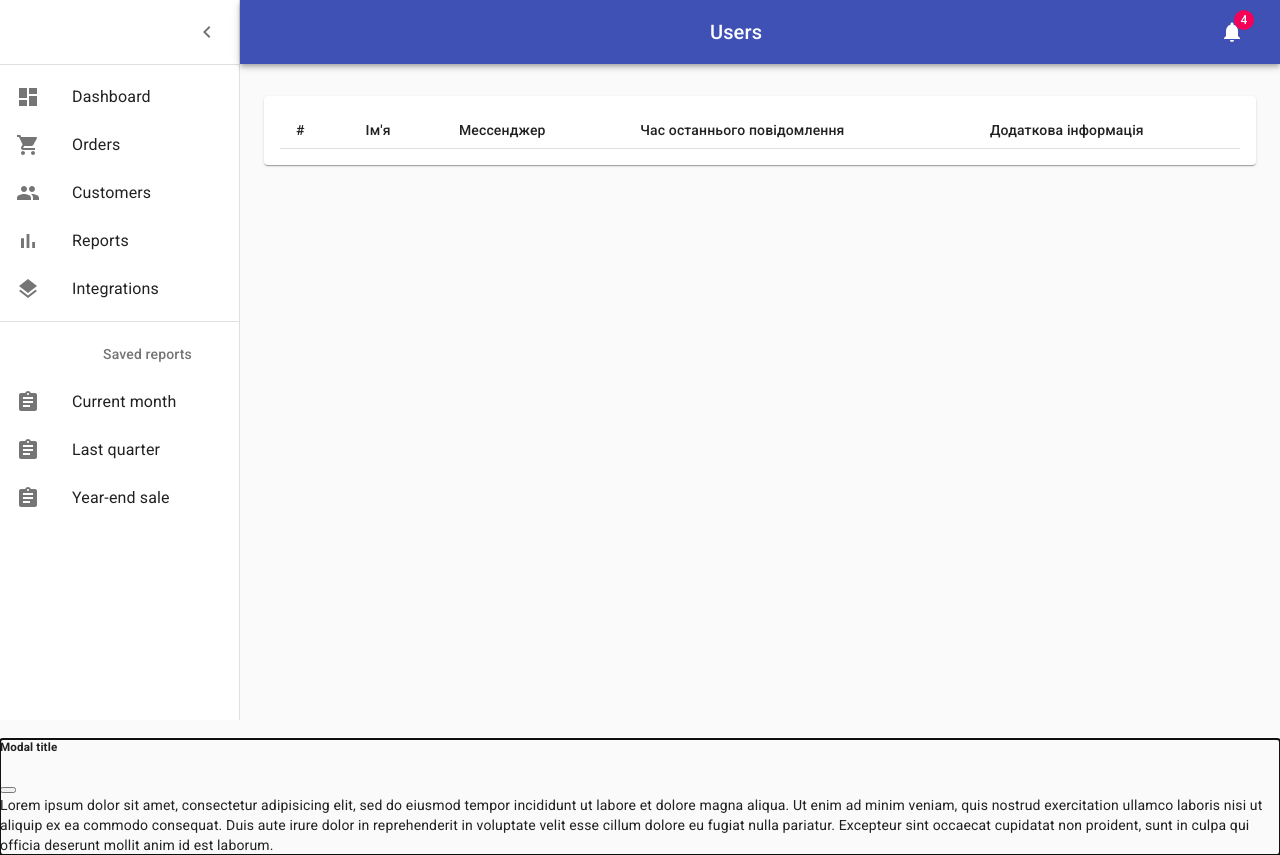
Repository: andbilous/users-task
Page: /
The author's editor kept a copy of each file at every save. The page is drawn from the files as they stood at one save, then again after a run of saves.
The browser window is 1280 px wide. The pictures show the whole page.
The page's requests for data from a server got no answer. The project was rebuilt for these pictures with package versions that can differ from the ones it lists, and the page was loaded fresh each time. No one was signed in, and anything a server would have sent is missing.

Above is the page before, as saved 2020-05-08 10:16:34.

### src/App.js
import React from 'react';
import './App.css';
import {Users} from './pages/Users';
import { Provider } from 'react-redux';
import { store } from './redux/store';

function App() {
  return (
    <Provider store={store}>
    <div className="App">
      <Users/>
    </div>
    </Provider>
  );
}

export default App;

### src/pages/Users.js
import React,{useEffect} from 'react';
import {connect} from 'react-redux';
import { makeStyles } from '@material-ui/core/styles';
import CssBaseline from '@material-ui/core/CssBaseline';
import Drawer from '@material-ui/core/Drawer';
import Box from '@material-ui/core/Box';
import Container from '@material-ui/core/Container';
import Grid from '@material-ui/core/Grid';
import Paper from '@material-ui/core/Paper';
import { mainListItems, secondaryListItems } from '../components/listItems';
import TableComponent from '../components/Table';
import Header from '../components/Header'
import Sidebar from '../components/Sidebar'
import {fetchUsers} from '../redux/users/user.actions';


const drawerWidth = 240;

const useStyles = makeStyles((theme) => ({
  root: {
    display: 'flex',
  },
  toolbar: {
    paddingRight: 24, // keep right padding when drawer closed
  },
  toolbarIcon: {
    display: 'flex',
    alignItems: 'center',
    justifyContent: 'flex-end',
    padding: '0 8px',
    ...theme.mixins.toolbar,
  },
  appBar: {
    zIndex: theme.zIndex.drawer + 1,
    transition: theme.transitions.create(['width', 'margin'], {
      easing: theme.transitions.easing.sharp,
      duration: theme.transitions.duration.leavingScreen,
    }),
  },
  appBarShift: {
    marginLeft: drawerWidth,
    width: `calc(100% - ${drawerWidth}px)`,
    transition: theme.transitions.create(['width', 'margin'], {
      easing: theme.transitions.easing.sharp,
      duration: theme.transitions.duration.enteringScreen,
    }),
  },
  menuButton: {
    marginRight: 36,
  },
  menuButtonHidden: {
    display: 'none',
  },
  title: {
    flexGrow: 1,
  },
  drawerPaper: {
    position: 'relative',
    whiteSpace: 'nowrap',
    width: drawerWidth,
    transition: theme.transitions.create('width', {
      easing: theme.transitions.easing.sharp,
      duration: theme.transitions.duration.enteringScreen,
    }),
  },
  drawerPaperClose: {
    overflowX: 'hidden',
    transition: theme.transitions.create('width', {
      easing: theme.transitions.easing.sharp,
      duration: theme.transitions.duration.leavingScreen,
    }),
    width: theme.spacing(7),
    [theme.breakpoints.up('sm')]: {
      width: theme.spacing(9),
    },
  },
  appBarSpacer: theme.mixins.toolbar,
  content: {
    flexGrow: 1,
    height: '100vh',
    overflow: 'auto',
  },
  container: {
    paddingTop: theme.spacing(4),
    paddingBottom: theme.spacing(4),
  },
  paper: {
    padding: theme.spacing(2),
    display: 'flex',
    overflow: 'auto',
    flexDirection: 'column',
  },
  fixedHeight: {
    height: 240,
  },
}));

const Users = (props)=> {
    useEffect(async ()=>{
    props.fetchUsers();
  },[])
  const classes = useStyles();
  const [open, setOpen] = React.useState(true);
  const handleDrawerOpen = () => {
    setOpen(true);
  };
  const handleDrawerClose = () => {
    setOpen(false);
  };

  return (
    <div className={classes.root}>
      <CssBaseline />
      <Header
      classes={classes}
      open={open}
      handleDrawerOpen={handleDrawerOpen}
      />
      <Sidebar
      classes={classes}
      open={open}
      handleDrawerClose={handleDrawerClose}
      />
      <main className={classes.content}>
        <div className={classes.appBarSpacer} />
        <Container maxWidth="lg" className={classes.container}>
          <Grid container spacing={3}>
            <Grid item xs={12}>
              <Paper className={classes.paper}>
                <TableComponent
                users={props.users}
                />
              </Paper>
            </Grid>
          </Grid>
          <Box pt={4}>
          </Box>
        </Container>
      </main>
    </div>
  );
}
const UsersContainer = connect(
  (state) => ({
      users: state.usersReducer.users
  }), (dispatch) => ({
    fetchUsers: () => dispatch(fetchUsers()),

  })
)(Users);

export {UsersContainer as Users} ;

### src/redux/store.js
import { applyMiddleware, createStore } from 'redux';
import logger from 'redux-logger';
import thunk from 'redux-thunk';

import { rootReducer } from './rootReducer';

const middleware = [thunk, logger];

export const store = createStore(rootReducer, applyMiddleware(...middleware));

### src/components/listItems.js
import React from 'react';
import ListItem from '@material-ui/core/ListItem';
import ListItemIcon from '@material-ui/core/ListItemIcon';
import ListItemText from '@material-ui/core/ListItemText';
import ListSubheader from '@material-ui/core/ListSubheader';
import DashboardIcon from '@material-ui/icons/Dashboard';
import ShoppingCartIcon from '@material-ui/icons/ShoppingCart';
import PeopleIcon from '@material-ui/icons/People';
import BarChartIcon from '@material-ui/icons/BarChart';
import LayersIcon from '@material-ui/icons/Layers';
import AssignmentIcon from '@material-ui/icons/Assignment';

export const mainListItems = (
  <div>
    <ListItem button>
      <ListItemIcon>
        <DashboardIcon />
      </ListItemIcon>
      <ListItemText primary="Dashboard" />
    </ListItem>
    <ListItem button>
      <ListItemIcon>
        <ShoppingCartIcon />
      </ListItemIcon>
      <ListItemText primary="Orders" />
    </ListItem>
    <ListItem button>
      <ListItemIcon>
        <PeopleIcon />
      </ListItemIcon>
      <ListItemText primary="Customers" />
    </ListItem>
    <ListItem button>
      <ListItemIcon>
        <BarChartIcon />
      </ListItemIcon>
      <ListItemText primary="Reports" />
    </ListItem>
    <ListItem button>
      <ListItemIcon>
        <LayersIcon />
      </ListItemIcon>
      <ListItemText primary="Integrations" />
    </ListItem>
  </div>
);

export const secondaryListItems = (
  <div>
    <ListSubheader inset>Saved reports</ListSubheader>
    <ListItem button>
      <ListItemIcon>
        <AssignmentIcon />
      </ListItemIcon>
      <ListItemText primary="Current month" />
    </ListItem>
    <ListItem button>
      <ListItemIcon>
        <AssignmentIcon />
      </ListItemIcon>
      <ListItemText primary="Last quarter" />
    </ListItem>
    <ListItem button>
      <ListItemIcon>
        <AssignmentIcon />
      </ListItemIcon>
      <ListItemText primary="Year-end sale" />
    </ListItem>
  </div>
);

### src/components/Table.js
import React,{useState} from 'react';
import { makeStyles } from '@material-ui/core/styles';
import Table from '@material-ui/core/Table';
import TableBody from '@material-ui/core/TableBody';
import TableCell from '@material-ui/core/TableCell';
import TableHead from '@material-ui/core/TableHead';
import TableRow from '@material-ui/core/TableRow';
import {Button} from 'reactstrap'
import ModalComponent from '../components/Modal'
// import ModalComponent from './Modal';
import moment from 'moment';


const useStyles = makeStyles((theme) => ({
  seeMore: {
    marginTop: theme.spacing(3),
  },
}));

const getTime=(time)=>{
  return moment(time).format('YYYY-MM-DD, HH:mm:ss')
}

const handleClick=(id)=>{
  console.log(id)
}

export default function TableComponent({users,currentUserData}) {
  const [open, setOpen] = useState(true)
  const toggle = () => setOpen(!open);

  return (
    <React.Fragment>
      <Table size="small">
        <TableHead>
        <ModalComponent open={open} toggle={toggle}/>
          <TableRow>
            <TableCell>#</TableCell>
            <TableCell>Ім'я</TableCell>
            <TableCell>Мессенджер</TableCell>
            <TableCell>Час останнього повідомлення</TableCell>
            <TableCell>Додаткова інформація</TableCell>
          </TableRow>
        </TableHead>
        <TableBody>
          {users.map((row,index) => (
            <TableRow key={index}>
              <TableCell>{index+1}</TableCell>
              <TableCell>{row.name}</TableCell>
              <TableCell>{row.from}</TableCell>
              <TableCell>{getTime(row.lastMessageTime)}</TableCell>
              <TableCell>
                <Button color="primary"
              onClick={()=>{handleClick(row.id)}}
              >Заказ</Button>
              </TableCell>
            </TableRow>
          ))}
        </TableBody>
      </Table>

    </React.Fragment>
  );
}

### src/components/Header.js
import React from 'react';
import clsx from 'clsx';
import AppBar from '@material-ui/core/AppBar';
import Toolbar from '@material-ui/core/Toolbar';
import Typography from '@material-ui/core/Typography';
import IconButton from '@material-ui/core/IconButton';
import Badge from '@material-ui/core/Badge';
import MenuIcon from '@material-ui/icons/Menu';
import NotificationsIcon from '@material-ui/icons/Notifications';
import { mainListItems, secondaryListItems } from '../components/listItems';
import TableComponent from '../components/Table';



 const Header = ({classes,open,handleDrawerOpen}) => {
  return (
    <AppBar position="absolute" className={clsx(classes.appBar, open && classes.appBarShift)}>
        <Toolbar className={classes.toolbar}>
          <IconButton
            edge="start"
            color="inherit"
            aria-label="open drawer"
            onClick={handleDrawerOpen}
            className={clsx(classes.menuButton, open && classes.menuButtonHidden)}
          >
            <MenuIcon />
          </IconButton>
          <Typography component="h1" variant="h6" color="inherit" noWrap className={classes.title}>
            Users
          </Typography>
          <IconButton color="inherit">
            <Badge badgeContent={4} color="secondary">
              <NotificationsIcon />
            </Badge>
          </IconButton>
        </Toolbar>
      </AppBar>
  )
}

export default Header;

### src/components/Sidebar.js
import React from 'react';
import {connect} from 'react-redux';
import clsx from 'clsx';
import { makeStyles } from '@material-ui/core/styles';
import CssBaseline from '@material-ui/core/CssBaseline';
import Drawer from '@material-ui/core/Drawer';
import Box from '@material-ui/core/Box';
import AppBar from '@material-ui/core/AppBar';
import Toolbar from '@material-ui/core/Toolbar';
import List from '@material-ui/core/List';
import Typography from '@material-ui/core/Typography';
import Divider from '@material-ui/core/Divider';
import IconButton from '@material-ui/core/IconButton';
import Badge from '@material-ui/core/Badge';
import Container from '@material-ui/core/Container';
import Grid from '@material-ui/core/Grid';
import Paper from '@material-ui/core/Paper';
import MenuIcon from '@material-ui/icons/Menu';
import ChevronLeftIcon from '@material-ui/icons/ChevronLeft';
import NotificationsIcon from '@material-ui/icons/Notifications';
import { mainListItems, secondaryListItems } from '../components/listItems';

 const Sidebar = ({classes,open,handleDrawerClose}) => {
  return (
    <Drawer
        variant="permanent"
        classes={{
          paper: clsx(classes.drawerPaper, !open && classes.drawerPaperClose),
        }}
        open={open}
      >
        <div className={classes.toolbarIcon}>
          <IconButton onClick={handleDrawerClose}>
            <ChevronLeftIcon />
          </IconButton>
        </div>
        <Divider />
        <List>{mainListItems}</List>
        <Divider />
        <List>{secondaryListItems}</List>
      </Drawer>
  )
}
export default Sidebar;

### src/redux/users/user.actions.js
import types from './users.types';
import usersAPI from '../../API/users.api';


export const fetchUsers = () => async (dispatch) => {
  dispatch(fetchUsersStart());
  try{
    const res = await usersAPI.getUsers();
    if(res.data){
      dispatch(fetchUsersSuccess(res.data))
    }else{
      dispatch(fetchUsersFailure('error'))
    }
  }catch(e){
    dispatch(fetchUsersFailure('error'))
  }
};


const fetchUsersStart = () => ({
  type: types.FETCH_USERS_START
});

const fetchUsersSuccess = (data) => ({
  type: types.FETCH_USERS_SUCCESS,
  payload: data
});

const fetchUsersFailure = (error) => ({
  type: types.FETCH_USERS_FAILURE,
  payload: error
});

### src/redux/rootReducer.js
import { combineReducers } from 'redux';
import usersReducer  from './users/users.reducer';

export const rootReducer = combineReducers({
  usersReducer
});

### src/components/Modal.js
import React from 'react';
import {ModalHeader,ModalBody,Modal} from 'reactstrap';



 const ModalComponent = ({classes,open,handleDrawerOpen,toggle}) => {
  return (
    <Modal isOpen={open} toggle={toggle}>
    <ModalHeader toggle={toggle}>Modal title</ModalHeader>
    <ModalBody>
      Lorem ipsum dolor sit amet, consectetur adipisicing elit, sed do eiusmod tempor incididunt ut labore et dolore magna aliqua. Ut enim ad minim veniam, quis nostrud exercitation ullamco laboris nisi ut aliquip ex ea commodo consequat. Duis aute irure dolor in reprehenderit in voluptate velit esse cillum dolore eu fugiat nulla pariatur. Excepteur sint occaecat cupidatat non proident, sunt in culpa qui officia deserunt mollit anim id est laborum.
    </ModalBody>
  </Modal>
  )
}

export default ModalComponent;

### src/redux/users/users.types.js
const types = {
  FETCH_USERS_START:'FETCH_USERS_START',
  FETCH_USERS_SUCCESS:'FETCH_USERS_SUCCESS',
  FETCH_USERS_FAILURE:'FETCH_USERS_FAILURE',
}

export default types;

### src/API/users.api.js
import axios from 'axios';

import {BASE_URL,token} from './config';


const usersAPI = {
    getUsers:  async () => {
        return  await axios.get(`${BASE_URL}/accounts?limit=50&offset=0`,
            {
                headers: {
                    "X-Leeloo-AuthToken" : token,
                    'Content-Type': 'application/json',
                } })
            .then(function (response) {
                return response.data;
            })
            .catch(function (error) {
                console.log(error);
            });
    },
    getUser : async (data) =>{
        const token = localStorage.getItem('token');

        return  await fetch(`${BASE_URL}/aircraft`, {
            method: 'POST', // *GET, POST, PUT, DELETE, etc.
            mode: 'cors', // no-cors, *cors, same-origin
            cache: 'no-cache', // *default, no-cache, reload, force-cache, only-if-cached
            credentials: 'same-origin', // include, *same-origin, omit
            headers: {
                'Content-Type': 'application/json',
                "Authorization" : `Bearer ${token}`,
            },
            redirect: 'follow', // manual, *follow, error
            referrerPolicy: 'no-referrer', // no-referrer, *client
            body: JSON.stringify(data) // body data type must match "Content-Type" header
        }).then((response) => {
            return response.json();
        })
            .then((data) => {
                return  data;
            });

    },
};

export default usersAPI;

### src/redux/users/users.reducer.js
import types from './users.types';


const initialValues = {
    users: [],
    isLoading:false,
};

const usersReducer = (state = initialValues, {type, payload}) => {
    switch (type) {
        case types.FETCH_USERS_START:
            return {
                ...state,
                isLoading:true,
            };
        case types.FETCH_USERS_SUCCESS:
            return {
                ...state,
                isLoading: false,
                users: payload,
            };
        case types.FETCH_USERS_FAILURE:
            return {
                ...state,
                isLoading: true,
            };
            default:
              return state
}};


export default usersReducer;

### src/API/config.js
export const BASE_URL =  'https://api.leeloo.ai/api/v1';
export const token = 'cmpc3hcajyh3e5ksz6xho9t77flp4pesa300js9y8w9v6xptzj0vlk0halesk27hgqslukjxpepzkmaz6jpfj8zw0x5fwsajezvb';

Loaded but not shown: public/index.html (common file); src/index.js (common file); src/index.css (common file); src/serviceWorker.js (common file); src/App.css (common file)

After the next 3 saves:
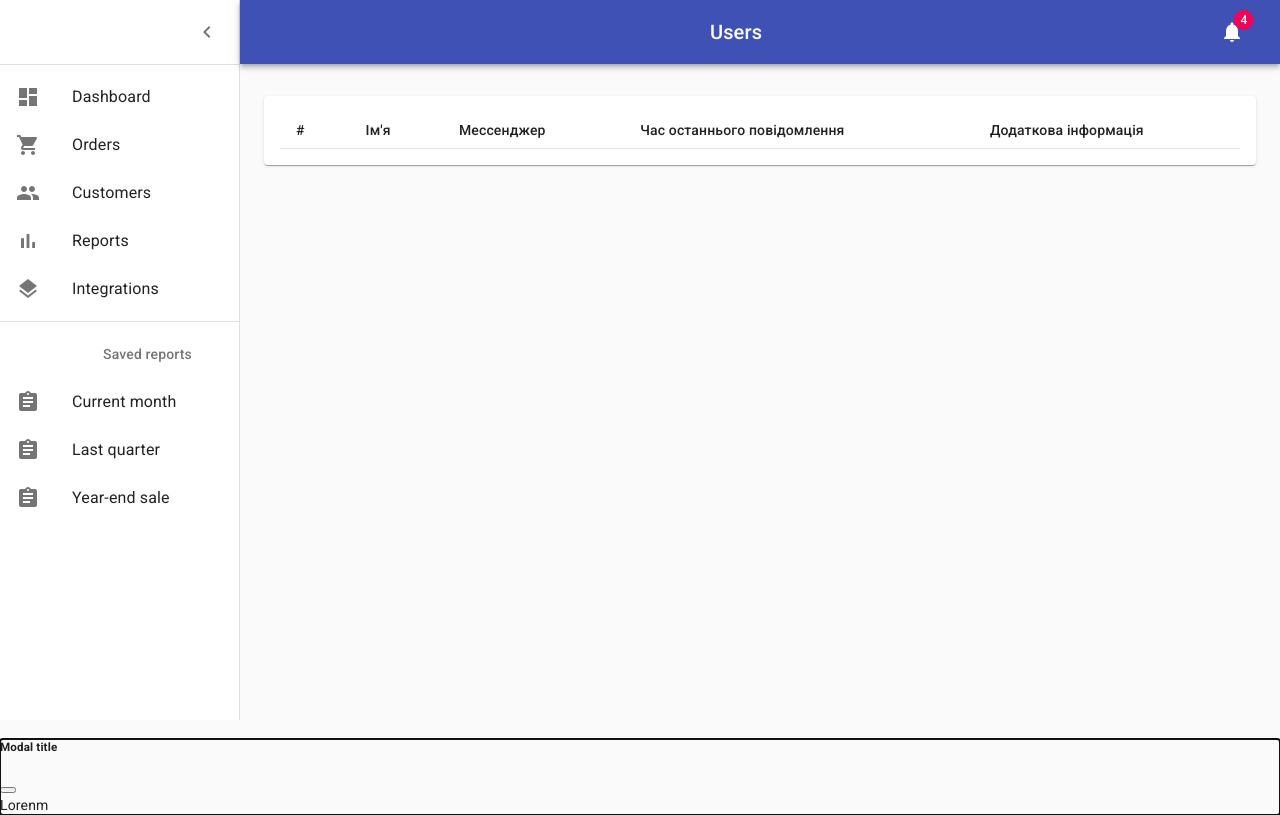
The 3 saves are shown as one change because they came seconds apart.
The last was saved 18 s later.
--- a/src/components/Modal.js
+++ b/src/components/Modal.js
@@ -8,7 +8,7 @@ import {ModalHeader,ModalBody,Modal} from 'reactstrap';
     <Modal isOpen={open} toggle={toggle}>
     <ModalHeader toggle={toggle}>Modal title</ModalHeader>
     <ModalBody>
-      Lorem ipsum dolor sit amet, consectetur adipisicing elit, sed do eiusmod tempor incididunt ut labore et dolore magna aliqua. Ut enim ad minim veniam, quis nostrud exercitation ullamco laboris nisi ut aliquip ex ea commodo consequat. Duis aute irure dolor in reprehenderit in voluptate velit esse cillum dolore eu fugiat nulla pariatur. Excepteur sint occaecat cupidatat non proident, sunt in culpa qui officia deserunt mollit anim id est laborum.
+      Lorenm
     </ModalBody>
   </Modal>
   )
